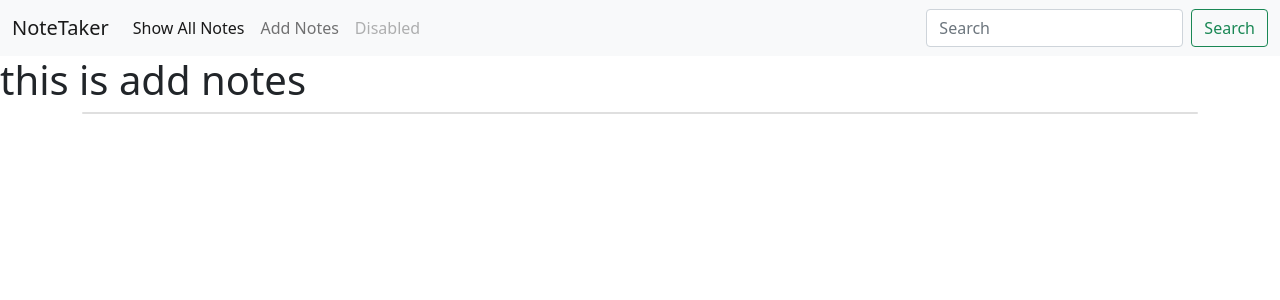
Repository: Shubham-Kumar-cmd/Hibernate
Page: http://localhost/NoteTakerApp/addNotes.jsp
An editor plug-in stored every save of this project. The page is shown before and after the next save, followed by the edit.
The browser window is 1280 px wide. The pictures show the whole page.
The page is served by Tomcat 9. Other server files are loaded and not shown.

Above is the page before, as saved 2023-02-07 09:36:39.

### NoteTakerApp/src/main/webapp/addNotes.jsp
<%@ page language="java" contentType="text/html; charset=ISO-8859-1"
    pageEncoding="ISO-8859-1"%>
    <%@include file="header.jsp" %>
<!DOCTYPE html>
<html>
<head>
<meta charset="ISO-8859-1">
<link
	href="https://cdn.jsdelivr.net/npm/bootstrap@5.0.2/dist/css/bootstrap.min.css"
	rel="stylesheet"
	integrity="sha384-EVSTQN3/azprG1Anm3QDgpJLIm9Nao0Yz1ztcQTwFspd3yD65VohhpuuCOmLASjC"
	crossorigin="anonymous">
<title>Add Notes</title>
</head>
<body>
<h1>this is add notes</h1>
<div class="container">
	<div class="card">

	</div>
</div>
</body>
</html>

### NoteTakerApp/src/main/webapp/header.jsp
<%@ page language="java" contentType="text/html; charset=ISO-8859-1"
	pageEncoding="ISO-8859-1"%>
<!DOCTYPE html>
<html>
<head>
<meta charset="ISO-8859-1">
<link
	href="https://cdn.jsdelivr.net/npm/bootstrap@5.0.2/dist/css/bootstrap.min.css"
	rel="stylesheet"
	integrity="sha384-EVSTQN3/azprG1Anm3QDgpJLIm9Nao0Yz1ztcQTwFspd3yD65VohhpuuCOmLASjC"
	crossorigin="anonymous">
<title>Header</title>
</head>
<body>
	<nav class="navbar navbar-expand-lg navbar-light bg-light">
		<div class="container-fluid">
			<a class="navbar-brand" href="#">NoteTaker</a>

			<div class="collapse navbar-collapse" id="navbarSupportedContent">
				<ul class="navbar-nav me-auto mb-2 mb-lg-0">
					<li class="nav-item"><a class="nav-link active"
						aria-current="page" href="showAllNotes.jsp">Show All Notes</a></li>
					<li class="nav-item"><a class="nav-link" href="addNotes.jsp">Add Notes</a></li>

					<li class="nav-item"><a class="nav-link disabled" href="#"
						tabindex="-1" aria-disabled="false">Disabled</a></li>
				</ul>
				<form class="d-flex">
					<input class="form-control me-2" type="search" placeholder="Search"
						aria-label="Search">
					<button class="btn btn-outline-success" type="submit">Search</button>
				</form>
			</div>
		</div>
	</nav>
</body>
</html>

After the next save:
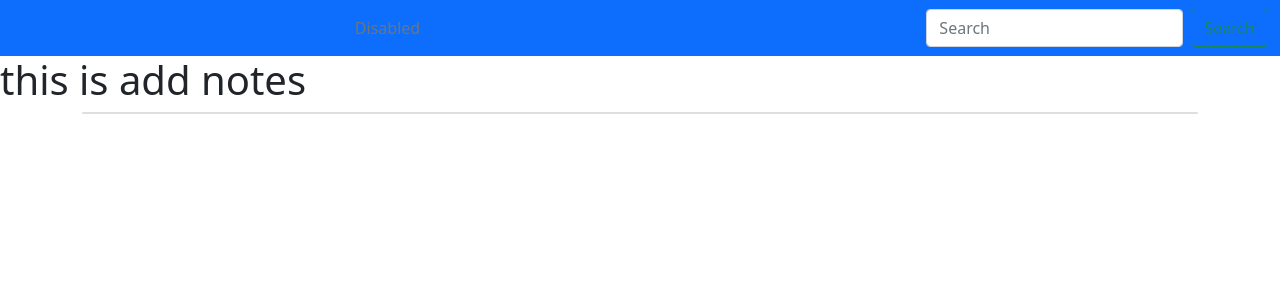
Saved 59 s later.
--- a/NoteTakerApp/src/main/webapp/header.jsp
+++ b/NoteTakerApp/src/main/webapp/header.jsp
@@ -12,7 +12,7 @@
 <title>Header</title>
 </head>
 <body>
-	<nav class="navbar navbar-expand-lg navbar-light bg-light">
+	<nav class="navbar navbar-expand-lg navbar-primary bg-primary">
 		<div class="container-fluid">
 			<a class="navbar-brand" href="#">NoteTaker</a>
 
